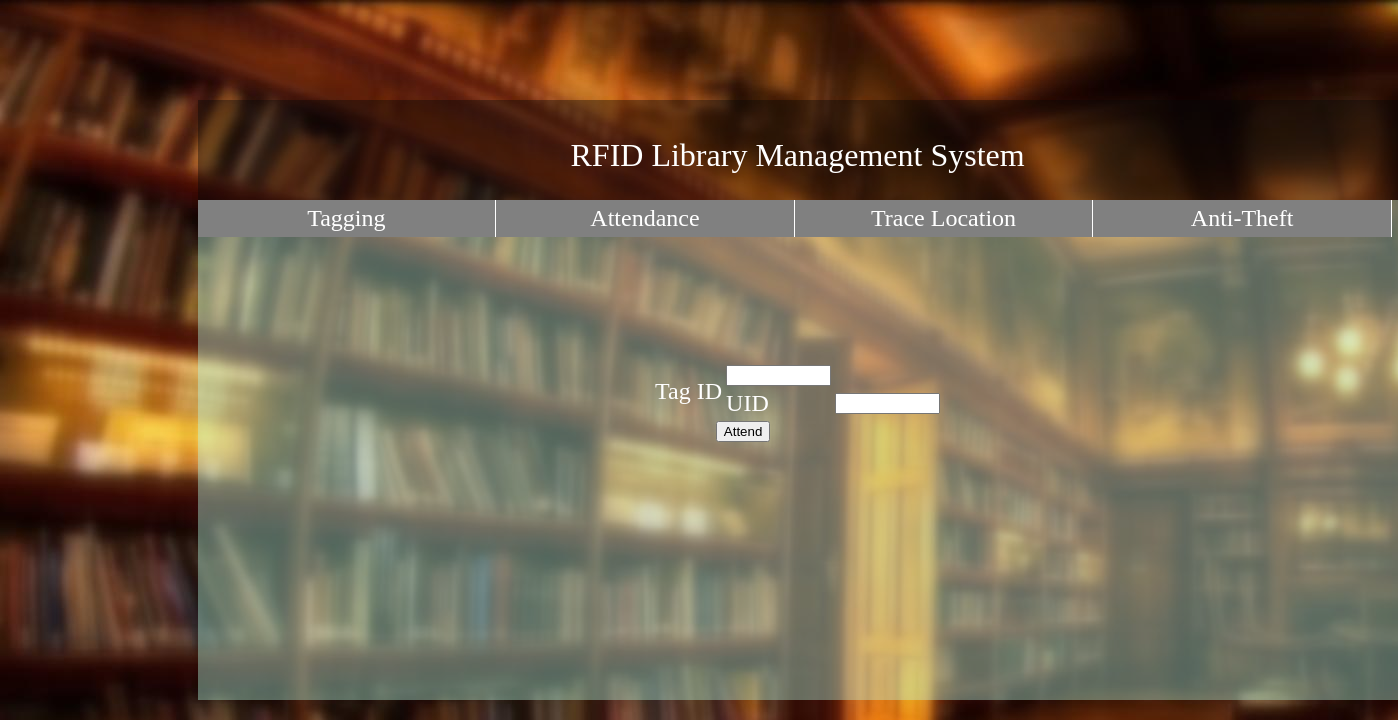
Repository: vigineshs/A-Smart-Data-Analyzer-for-Library-Management-System
Page: http://localhost/librarymgmt/attendance.jsp
The author's editor kept a copy of each file at every save. The page is drawn from the files as they stood at one save, then again after the next save.
The browser window is 1280 px wide. The page is 1398 px wide, so the pictures cover 1398 px, including what lies to the right of the window. The pictures show the whole page.
The page is served by Tomcat 9.

Above is the page before, as saved 2013-02-11 14:46:16.

After the next save:
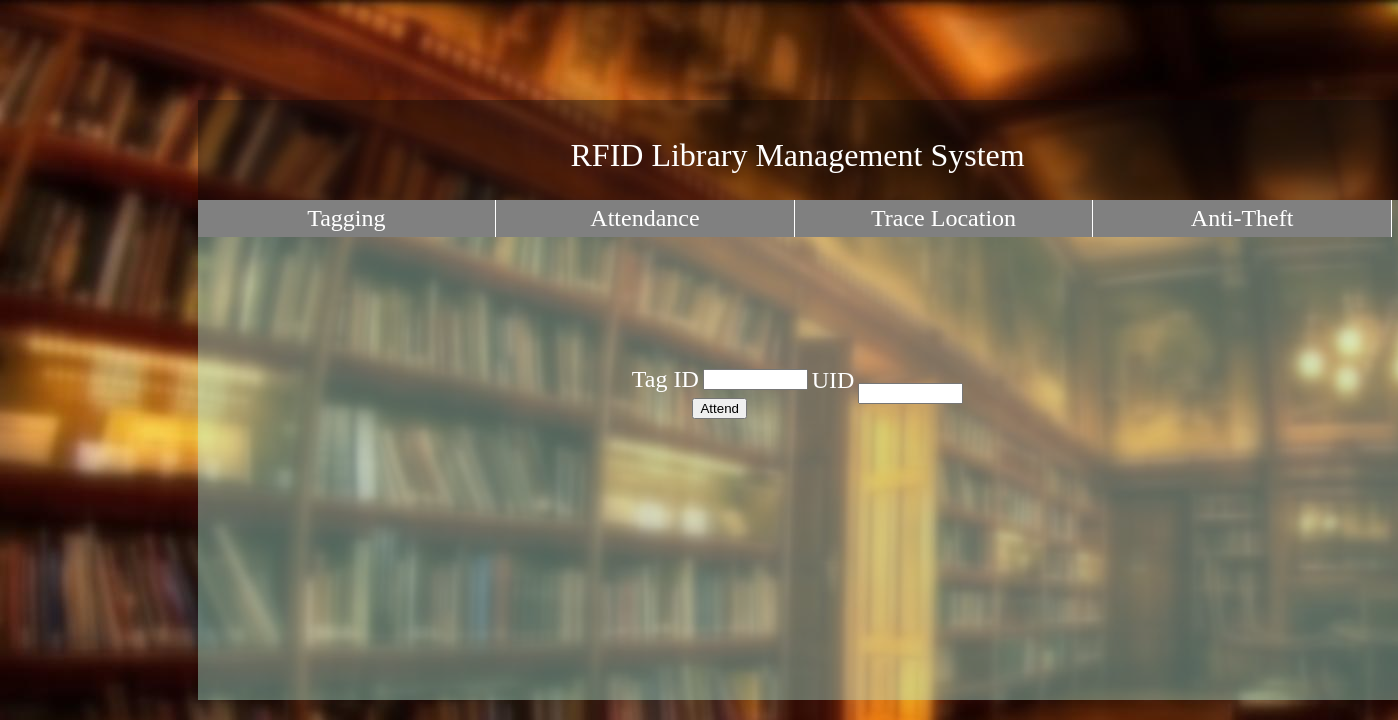
Saved 17 s later.
--- a/PassiveRFID/CS203-Version 1.0.6/Demo Applications/Dot Net C#/Demo Applications Source Code/RFID/librarymgmt/WebContent/attendance.jsp
+++ b/PassiveRFID/CS203-Version 1.0.6/Demo Applications/Dot Net C#/Demo Applications Source Code/RFID/librarymgmt/WebContent/attendance.jsp
@@ -25,8 +25,8 @@ RFID Library Management System
 	<center><form method=POST action="http://localhost:8080/librarymgmt/Attendance" onsubmit="return validateForm()" name=f1>
 	<br/><br/><br/><br/>
 <table>
-<tr  ><td rowspan="2">Tag ID</td><td><input type=text size=10 name=btag /></td></tr>
-<tr><td>UID</td><td><input type=text size=10 name=buid /></td></tr>
+<tr  ><td rowspan="2">Tag ID</td><td rowspan="2"><input type=text size=10 name=btag /></td></tr>
+<tr><td>UID</td rowspan="2"><td rowspan="2"><input type=text size=10 name=buid /></td></tr>
 
 <tr><td colspan="2"><center><input type=submit value=Attend /></center></td></tr>
 </table>
